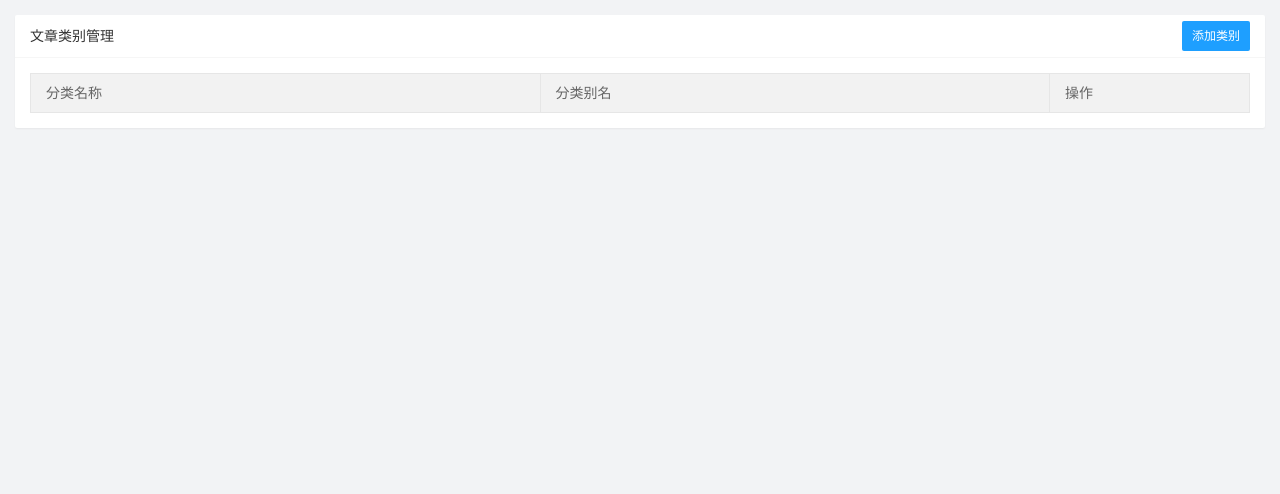
Repository: haloxxi/web_bigevent
Page: article/art-cate.html
These files come from the project's save history. The page is drawn as it stood at one moment and after the next save; the edit follows.
The browser window is 1280 px wide. The pictures show the whole page.
After loading, the first visible `#btnAddCate` was clicked once.
The page's requests for data from a server got no answer.

Above is the page before, as saved 2022-06-27 17:30:36.
Console error: TypeError: Cannot read properties of undefined (reading 'status')

### article/art-cate.html
<!DOCTYPE html>
<html lang="en">

<head>
    <meta charset="UTF-8">
    <meta http-equiv="X-UA-Compatible" content="IE=edge">
    <meta name="viewport" content="width=device-width, initial-scale=1.0">
    <title>文章管理</title>
    <link rel="stylesheet" href="/assets/lib/layui/css/layui.css">
    <link rel="stylesheet" href="/assets/css/article/art-code.css">
</head>

<body>
    <!-- 卡片区域 -->
    <!-- 想要打开你页面后还是当前页面 要重新安装第三方插件express 暂时停掉live sever -->
    <!-- ctrl + shift +p -->
    <div class="layui-card">
        <div class="layui-card-header">
            <span>文章类别管理</span>
            <button type="button" class="layui-btn  layui-btn-normal  layui-btn-sm" id="btnAddCate">添加类别</button>
        </div>

        <div class="layui-card-body">
            <table class="layui-table">
                <colgroup>
                    <!-- 不加宽度表示自适应 -->
                    <col>
                    <col>
                    <col width="200">
                </colgroup>
                <thead>
                    <tr>
                        <th>分类名称</th>
                        <th>分类别名</th>
                        <th>操作</th>
                    </tr>
                </thead>
                <tbody>

                </tbody>
            </table>
        </div>
    </div>
    <!-- 这里是表格数据的模板 -->
    <script type="text/html" id="tpl-table">
        {{each data}}
        <tr>
            <td>{{$value.name}}</td>
            <td>{{$value.alias}}</td>
            <td>
                <button type="button" class="layui-btn layui-btn-xs">编辑</button>
                <button type="button" class="layui-btn layui-btn-danger layui-btn-xs">删除</button>
            </td>
        </tr>
        {{/each}}
    </script>



    <script src="/assets/lib/layui/layui.all.js"></script>
    <script src="/assets/lib/jquery.js"></script>
    <script src="/assets/js/baseAPI.js"></script>
    <!-- 导入模板引擎 -->
    <script src="/assets/lib/template-web.js"></script>
    <script src="/assets/js/article/art-cade.js"></script>

</body>

</html>

### assets/css/article/art-code.css
html,
body {
    padding: 0;
    margin: 0;
}

body {
    padding: 15px;
    background-color: #f2f3f5;
}

.layui-card-header {
    display: flex;
    justify-content: space-between;
    /* 标题居中对齐 */
    align-items: center;
}

### assets/js/baseAPI.js
// 注意：每次调用$.get（）/$.ajax()的时候
// 会先调用个ajaxprefilter()这个函数
// 这个函数会给我们Ajax配置一个对象
$.ajaxPrefilter(function(options) {

    // 在发起真正的Ajax之前 统一拼接路径
    // http://api-breakingnews-web.itheima.net
    // https://www.showdoc.com.cn/1425457596992351/6972620264462285
    // http://big-event-api-t.itheima.net
    options.url = 'http://api-breakingnews-web.itheima.net' + options.url
        // console.log(options.url)

    // 统一为有权限的接口设置headers
    // 不是所有都要加headers 只有my开头的需要
    if (options.url.indexOf('/my/') !== -1) {
        options.headers = {
            Authorization: localStorage.getItem('token') || ''
        }
    }

    // 全局挂载complete回调函数
    options.complete = function(res) {
        // console.log('执行了complete回调')
        // console.log(res)
        // 在complete函数中可以那倒res.responseJSON拿到响应回来的数据
        if (res.responseJSON.status === 1 && res.responseJSON.message === '身份认证失败！') {
            // 1-强制清空
            localStorage.removeItem('token')
                // 2-强制跳转登录页面
            location.href = '/login.html'
        }
    }
})

### assets/js/article/art-cade.js
$(function() {

    initArtCateList()


    // 获取文章分类的列表
    function initArtCateList() {
        $.ajax({
            method: 'GET',
            url: '/my/article/cates',
            success: function(res) {
                // console.log(res)
                var htmlStr = template('tpl-table', res)
                $('tbody').html(htmlStr)
            }
        })

        // 为添加类别按钮绑定事件
        $('#btnAddCate').on('click', function() {})
    }
})

Loaded but not shown: assets/lib/layui/css/layui.css (library); assets/lib/layui/layui.all.js (library); assets/lib/jquery.js (library); assets/lib/template-web.js (library); assets/lib/layui/css/modules/laydate/default/laydate.css (library); assets/lib/layui/css/modules/layer/default/layer.css (library); assets/lib/layui/css/modules/code.css (common file)

After the next save:
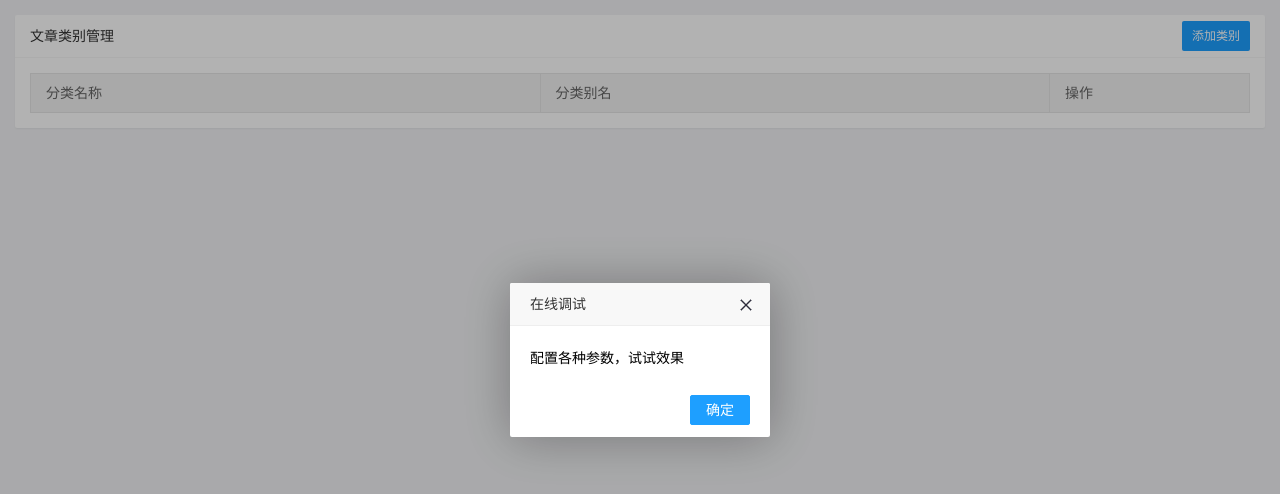
Saved 2 min 6 s later.
--- a/assets/js/article/art-cade.js
+++ b/assets/js/article/art-cade.js
@@ -1,4 +1,5 @@
 $(function() {
+    var layer = layui.layer
 
     initArtCateList()
 
@@ -16,6 +17,13 @@ $(function() {
         })
 
         // 为添加类别按钮绑定事件
-        $('#btnAddCate').on('click', function() {})
+        $('#btnAddCate').on('click', function() {
+            // 弹出层效果
+            layer.open({
+                title: '在线调试',
+                content: '配置各种参数，试试效果'
+            });
+
+        })
     }
 })
